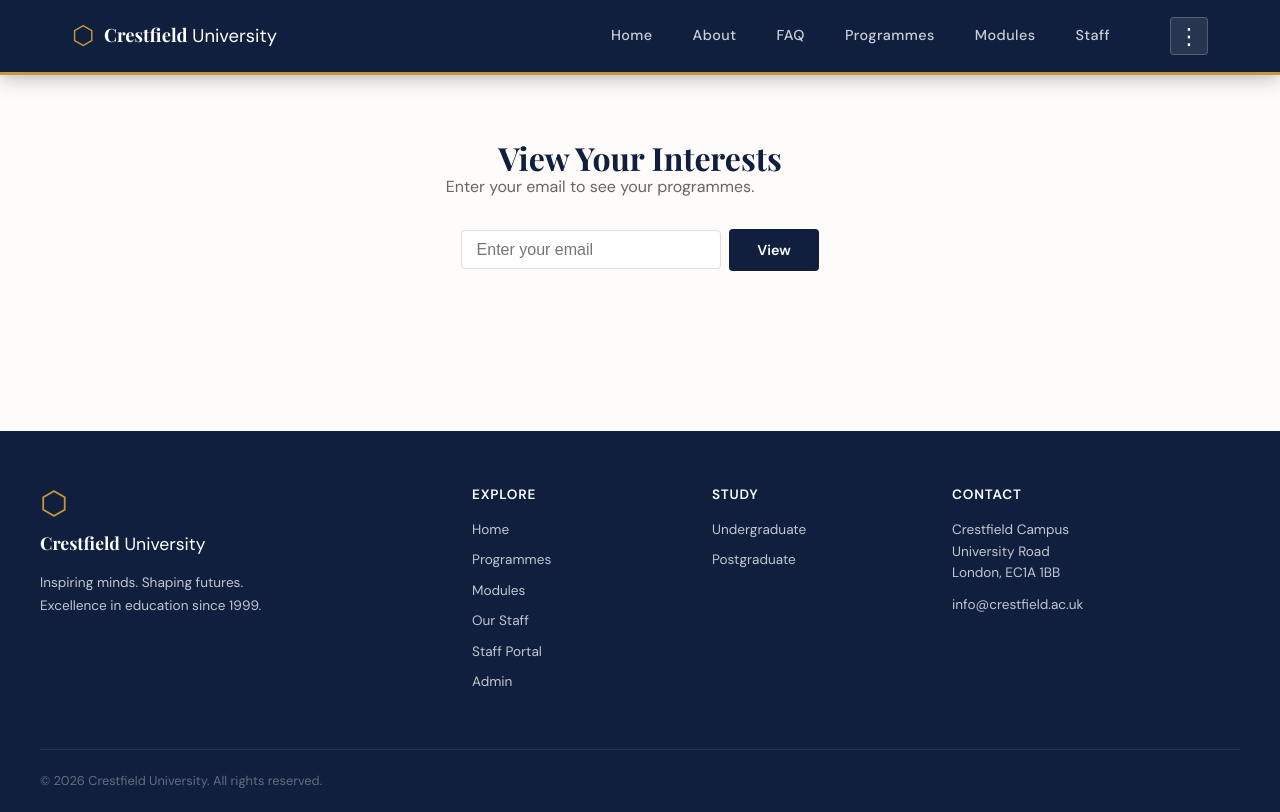
Repository: dowrinprity-blip/Web-Project
Page: http://localhost/University/my-interests.php
An editor plug-in stored every save of this project. The page is shown before and after the next save, followed by the edit.
The browser window is 1280 px wide. The pictures show the whole page.
The page is run by PHP 8.4 with error messages shown; the project is at /var/www/html/.

Above is the page before, as saved 2026-03-25 21:01:51.

### my-interests.php
<?php
require_once 'includes/db.php';
$page_title = 'My Interests';

// ✅ Auto-detect email (GET or POST)
$email = $_GET['email'] ?? ($_POST['email'] ?? '');

// ✅ REMOVE INTEREST (must be BEFORE any output)
if (isset($_GET['remove']) && isset($_GET['email'])) {
    $removeID = (int) $_GET['remove'];
    $email    = $_GET['email'];

    $stmt = $conn->prepare("DELETE FROM interestedstudents WHERE ProgrammeID = ? AND Email = ?");
    $stmt->bind_param("is", $removeID, $email);
    $stmt->execute();

    header("Location: my-interests.php?email=" . urlencode($email));
    exit;
}

include 'includes/header.php';

// Initialize array
$interests = [];

// ✅ FETCH DATA (works for both GET + POST)
if (!empty($email)) {

    $stmt = $conn->prepare("
        SELECT
            p.ProgrammeID,
            p.ProgrammeName,
            p.Description,
            p.Image,
            i.StudentName,
            i.RegisteredAt
        FROM interestedstudents i
        JOIN Programmes p ON i.ProgrammeID = p.ProgrammeID
        WHERE i.Email = ?
        ORDER BY i.RegisteredAt DESC
    ");
    $stmt->bind_param("s", $email);
    $stmt->execute();
    $result = $stmt->get_result();

    while ($row = $result->fetch_assoc()) {
        $interests[] = $row;
    }
}
?>

<section class="section">
    <div class="section-inner" style="max-width:1000px;margin:0 auto;">

        <div class="section-header" style="text-align:center;max-width:600px;margin:0 auto 2rem auto;">
    <h2 style="margin:0;line-height:1.2;">
        View Your Interests
    </h2>

    <p style="margin:0;line-height:1.2;">
        Enter your email to see your programmes.
    </p>
</div>

        <!-- FORM -->
        <form method="POST" action=""
      style="display:flex;justify-content:center;align-items:center;gap:.5rem;margin-bottom:2rem;">

    <input type="email" name="email"
           placeholder="Enter your email"
           value="<?= htmlspecialchars($email) ?>"
           required
           style="padding:.6rem .9rem;font-size:1rem;width:260px;border:1px solid var(--border);border-radius:var(--radius);">

    <button type="submit" class="btn btn-navy">
        View
    </button>
</form>

        <?php if (!empty($email)): ?>

            <?php if (!empty($interests)): ?>

                <div class="cards-grid">

                    <?php foreach ($interests as $i): ?>

                        <?php $img = !empty($i['Image']) ? $i['Image'] : 'uploads/placeholder.jpg'; ?>

                        <div class="card">

                            <div class="card-colour-bar"></div>

                            <img src="<?= htmlspecialchars($img) ?>"
                                 alt="<?= htmlspecialchars($i['ProgrammeName']) ?>">

                            <div class="card-body">
                                <h3><?= htmlspecialchars($i['ProgrammeName']) ?></h3>

                                <p>
                                    <?= htmlspecialchars(substr($i['Description'], 0, 100)) ?>…
                                </p>
                            </div>

                            <!-- ✅ NEW FOOTER -->
                            <div class="card-footer">

                                <span>
                                    <?= date('d M Y', strtotime($i['RegisteredAt'])) ?>
                                </span>

                                <div style="display:flex;gap:.4rem;align-items:center;">

                                    <!-- Go -->
                                    <a href="programme_detail.php?id=<?= $i['ProgrammeID'] ?>" title="View" class="btn-go">
                                        →
                                    </a>

                                    <!-- Remove -->
                                    <a href="my-interests.php?remove=<?= $i['ProgrammeID'] ?>&email=<?= urlencode($email) ?>"
                                       class="btn-danger"
                                       onclick="return confirm('Remove this interest?')">
                                       ✕
                                    </a>

                                </div>

                            </div>

                        </div>

                    <?php endforeach; ?>

                </div>

            <?php else: ?>

                <p style="text-align:center;color:red;font-weight:600;">
                    No interests found for <strong><?= htmlspecialchars($email) ?></strong>
                </p>

            <?php endif; ?>

        <?php endif; ?>

    </div>
</section>

<?php include 'includes/footer.php'; ?>

### includes/db.php
<?php
require_once __DIR__ . '/config.php';

// Create connection
function getDBConnection() {
    $conn = new mysqli(DB_HOST, DB_USER, DB_PASS, DB_NAME);

    if ($conn->connect_error) {
        die("Connection failed: " . $conn->connect_error);
    }

    $conn->set_charset("utf8mb4");
    return $conn;
}

// Global connection
$conn = getDBConnection();

function checkDatabaseExists() {
    $conn = new mysqli(DB_HOST, DB_USER, DB_PASS);
    $result = $conn->query("SELECT SCHEMA_NAME FROM INFORMATION_SCHEMA.SCHEMATA WHERE SCHEMA_NAME = '" . DB_NAME . "'");
    return $result->num_rows > 0;
}
?>

### includes/config.php
<?php
/**
 * Central Configuration File - Load this first in all includes
 */

// ==================== BASE URL DETECTION ====================
if (!function_exists('detectBaseUrl')) {
    function detectBaseUrl() {
        $protocol = isset($_SERVER['HTTPS']) && $_SERVER['HTTPS'] === 'on' ? 'https://' : 'http://';
        $host = $_SERVER['HTTP_HOST'];
        $scriptName = $_SERVER['SCRIPT_NAME'];

        $basePath = dirname(dirname($scriptName));
        $basePath = str_replace('\\', '/', $basePath);

        if ($basePath == '/' || $basePath == '\\') {
            $basePath = '';
        }

        return rtrim($protocol . $host . $basePath, '/');
    }
}

if (!defined('BASE_URL')) {
    define('BASE_URL', 'http://localhost/University');
}

// ==================== DATABASE CONSTANTS ====================
if (!defined('DB_HOST')) {
    define('DB_HOST', 'localhost');
    define('DB_USER', 'root');
    define('DB_PASS', '');
    define('DB_NAME', 'student_course_hub');
}
?>

### includes/header.php
<?php
$current_page = basename($_SERVER['PHP_SELF']);
if (!function_exists('isStudentLoggedIn')) {
    require_once __DIR__ . '/auth.php';
}

$staffLoggedIn   = function_exists('isStaffLoggedIn')   && isStaffLoggedIn();
$studentLoggedIn = function_exists('isStudentLoggedIn') && isStudentLoggedIn();
$adminLoggedIn   = function_exists('isAdminLoggedIn')   && isAdminLoggedIn();
?>
<!DOCTYPE html>
<html lang="en">
<head>
    <meta charset="UTF-8">
    <meta name="viewport" content="width=device-width, initial-scale=1.0">
    <title><?= isset($page_title) ? htmlspecialchars($page_title) . ' — ' : '' ?>Crestfield University</title>
    <link rel="preconnect" href="https://fonts.googleapis.com">
    <link rel="preconnect" href="https://fonts.gstatic.com" crossorigin>
    <link href="https://fonts.googleapis.com/css2?family=Playfair+Display:wght@400;600;700;900&family=DM+Sans:wght@300;400;500;600&display=swap" rel="stylesheet">
    <link rel="stylesheet" href="<?= BASE_URL ?>/css/style.css">
    <style>
        .portal-menu-wrap { position: relative; margin-left: .5rem; }
        .portal-dots-btn {
            background: rgba(255,255,255,.1);
            border: 1px solid rgba(255,255,255,.2);
            color: #fff; border-radius: var(--radius);
            width: 38px; height: 38px;
            display: flex; align-items: center; justify-content: center;
            cursor: pointer; font-size: 1.4rem; transition: background .2s; flex-shrink: 0;
        }
        .portal-dots-btn:hover { background: rgba(201,150,58,.25); }
        .portal-dropdown {
            display: none; position: absolute; right: 0; top: calc(100% + 10px);
            background: #fff; border-radius: var(--radius-lg);
            box-shadow: 0 12px 40px rgba(11,29,58,.22);
            min-width: 230px; overflow: hidden; z-index: 500;
            border: 1px solid var(--border);
        }
        .portal-dropdown.open { display: block; }
        .portal-dropdown-header {
            background: var(--navy); color: rgba(255,255,255,.6);
            font-size: .68rem; font-weight: 700; letter-spacing: .1em;
            text-transform: uppercase; padding: .65rem 1.1rem;
        }
        .portal-dropdown a {
            display: flex; align-items: center; gap: .75rem;
            padding: .75rem 1.1rem; font-size: .88rem; font-weight: 500;
            color: var(--navy); border-bottom: 1px solid #f5f2ee; transition: background .15s;
        }
        .portal-dropdown a:last-child { border-bottom: none; }
        .portal-dropdown a:hover { background: #fdf9f3; }
        .portal-dropdown a .pd-icon { font-size: 1rem; width: 22px; text-align: center; }
        .portal-dropdown a .pd-label { flex: 1; }
        .portal-dropdown a .pd-arrow { font-size: .8rem; color: var(--gold); }
        .portal-dropdown a.pd-active { background: #fdf6e3; font-weight: 600; }
        .portal-dropdown a.pd-logout { color: #922b21; }
        .portal-dropdown a.pd-logout:hover { background: #fdecea; }
    </style>
</head>
<body>

<header class="site-header">
    <div class="header-inner">
        <a href="<?= BASE_URL ?>/index.php" class="logo">
            <span class="logo-crest">⬡</span>
            <span class="logo-text"><strong>Crestfield</strong> University</span>
        </a>

        <nav class="main-nav">
            <a href="<?= BASE_URL ?>/index.php"           class="<?= $current_page === 'index.php'           ? 'active' : '' ?>">Home</a>
            <a href="<?= BASE_URL ?>/index.php#about">About</a>
            <a href="<?= BASE_URL ?>/index.php#faq">FAQ</a>
            <a href="<?= BASE_URL ?>/programmes.php"      class="<?= $current_page === 'programmes.php'      ? 'active' : '' ?>">Programmes</a>
            <a href="<?= BASE_URL ?>/modules.php"         class="<?= $current_page === 'modules.php'         ? 'active' : '' ?>">Modules</a>
            <a href="<?= BASE_URL ?>/staff_directory.php" class="<?= $current_page === 'staff_directory.php' ? 'active' : '' ?>">Staff</a>
        </nav>

        <!-- 3-dot portal menu -->
        <div class="portal-menu-wrap">
            <button class="portal-dots-btn" onclick="togglePortalMenu()" aria-label="Portal menu" title="Login / My Portal">⋮</button>

            <div class="portal-dropdown" id="portal-dropdown">

                <?php if ($adminLoggedIn): ?>
                <div class="portal-dropdown-header">Admin Portal</div>
                <a href="<?= BASE_URL ?>/admin/index.php" class="pd-active">
                    <span class="pd-icon">🛡️</span><span class="pd-label">Admin Dashboard</span><span class="pd-arrow">→</span>
                </a>
                <a href="<?= BASE_URL ?>/admin/logout.php" class="pd-logout">
                    <span class="pd-icon">⏻</span><span class="pd-label">Sign Out</span>
                </a>

                <?php elseif ($staffLoggedIn): ?>
                <?php $sd = getLoggedInStaff(); ?>
                <div class="portal-dropdown-header">Staff Portal</div>
                <a href="<?= BASE_URL ?>/staff/dashboard.php" class="pd-active">
                    <span class="pd-icon">👤</span><span class="pd-label"><?= htmlspecialchars($sd['Name'] ?? 'My Portal') ?></span><span class="pd-arrow">→</span>
                </a>
                <a href="<?= BASE_URL ?>/staff/profile.php">
                    <span class="pd-icon">✏️</span><span class="pd-label">My Profile</span><span class="pd-arrow">→</span>
                </a>
                <a href="<?= BASE_URL ?>/staff/my_modules.php">
                    <span class="pd-icon">📚</span><span class="pd-label">My Modules</span><span class="pd-arrow">→</span>
                </a>
                <a href="<?= BASE_URL ?>/staff/logout.php" class="pd-logout">
                    <span class="pd-icon">⏻</span><span class="pd-label">Sign Out</span>
                </a>

                <?php elseif ($studentLoggedIn): ?>
                <?php $stu = getLoggedInStudent(); ?>
                <div class="portal-dropdown-header">Student Portal</div>
                <a href="<?= BASE_URL ?>/student/dashboard.php" class="pd-active">
                    <span class="pd-icon">🎓</span><span class="pd-label"><?= htmlspecialchars($stu['FullName'] ?? 'My Portal') ?></span><span class="pd-arrow">→</span>
                </a>
                <a href="<?= BASE_URL ?>/student/my_profile.php">
                    <span class="pd-icon">👤</span><span class="pd-label">My Profile</span><span class="pd-arrow">→</span>
                </a>
                <a href="<?= BASE_URL ?>/student/my_interests.php">
                    <span class="pd-icon">⭐</span><span class="pd-label">My Interests</span><span class="pd-arrow">→</span>
                </a>
                <a href="<?= BASE_URL ?>/student/logout.php" class="pd-logout">
                    <span class="pd-icon">⏻</span><span class="pd-label">Sign Out</span>
                </a>

                <?php else: ?>
                <a href="<?= BASE_URL ?>/my-interests.php">
    <span class="pd-icon">⭐</span>
    <span class="pd-label">View My Interests</span>
    <span class="pd-arrow">→</span>
</a>

                <div class="portal-dropdown-header">Student Access</div>
                <a href="<?= BASE_URL ?>/student/login.php">
                    <span class="pd-icon">🎓</span><span class="pd-label">Student Login</span><span class="pd-arrow">→</span>
                </a>

                <div class="portal-dropdown-header">Staff Access</div>
                <a href="<?= BASE_URL ?>/staff/login.php">
                    <span class="pd-icon">👔</span><span class="pd-label">Staff Login</span><span class="pd-arrow">→</span>
                </a>
                <div class="portal-dropdown-header">Admin Access</div>
                <a href="<?= BASE_URL ?>/admin/login.php">
                    <span class="pd-icon">🛡️</span><span class="pd-label">Admin Login</span><span class="pd-arrow">→</span>
                </a>
                <?php endif; ?>

            </div>
        </div>

        <button class="nav-toggle" onclick="document.querySelector('.main-nav').classList.toggle('open')">☰</button>
    </div>
</header>

<script>
function togglePortalMenu() {
    document.getElementById('portal-dropdown').classList.toggle('open');
}
document.addEventListener('click', function(e) {
    var wrap = document.querySelector('.portal-menu-wrap');
    if (wrap && !wrap.contains(e.target)) {
        document.getElementById('portal-dropdown').classList.remove('open');
    }
});
</script>

### includes/footer.php
<footer class="site-footer">
    <div class="footer-inner">
        <div class="footer-brand">
            <span class="logo-crest">⬡</span>
            <span class="logo-text"><strong>Crestfield</strong> University</span>
            <p>Inspiring minds. Shaping futures.<br>Excellence in education since 1999.</p>
        </div>
        <div class="footer-links">
            <h4>Explore</h4>
            <a href="<?= BASE_URL ?>/index.php">Home</a>
            <a href="<?= BASE_URL ?>/programmes.php">Programmes</a>
            <a href="<?= BASE_URL ?>/modules.php">Modules</a>
            <a href="<?= BASE_URL ?>/staff_directory.php">Our Staff</a>
            <a href="<?= BASE_URL ?>/staff_portal.php">Staff Portal</a>
            <a href="<?= BASE_URL ?>/admin/login.php">Admin</a>
        </div>
        <div class="footer-links">
            <h4>Study</h4>
            <a href="<?= BASE_URL ?>/programmes.php?level=1">Undergraduate</a>
            <a href="<?= BASE_URL ?>/programmes.php?level=2">Postgraduate</a>
        </div>
        <div class="footer-contact">
            <h4>Contact</h4>
            <p>Crestfield Campus<br>University Road<br>London, EC1A 1BB</p>
            <p>info@crestfield.ac.uk</p>
        </div>
    </div>
    <div class="footer-bottom">
        <p>&copy; <?= date('Y') ?> Crestfield University. All rights reserved.</p>
    </div>
</footer>
<script src="<?= BASE_URL ?>/js/main.js"></script>
</body>
</html>

Loaded but not shown: js/main.js (22 lines, source omitted); css/style.css (631 lines, source omitted); includes/auth.php (554 lines, source omitted)

After the next save:
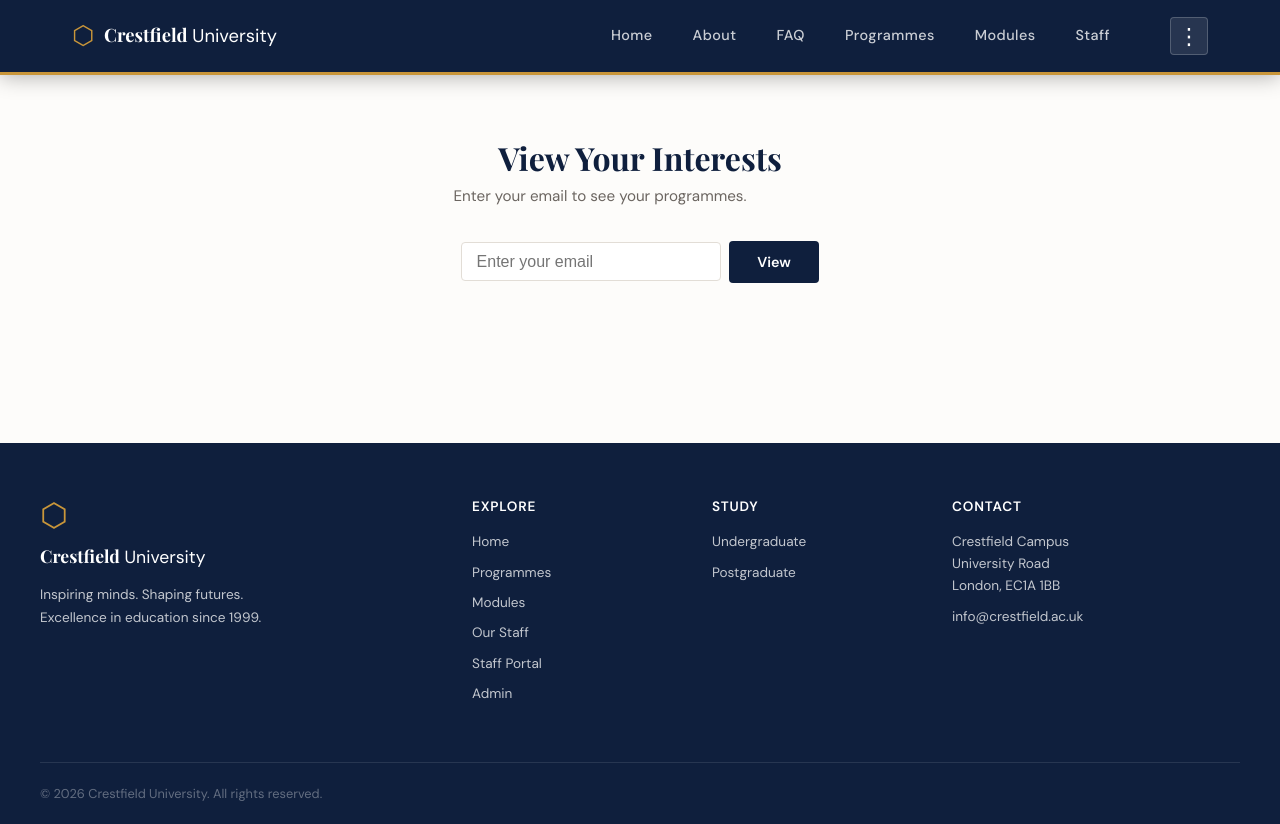
Saved 12 s later.
--- a/my-interests.php
+++ b/my-interests.php
@@ -57,7 +57,7 @@ if (!empty($email)) {
         View Your Interests
     </h2>
 
-    <p style="margin:0;line-height:1.2;">
+    <p style="margin:.4rem 0 0 0;color:var(--text-muted);font-size:.95rem;">
         Enter your email to see your programmes.
     </p>
 </div>
